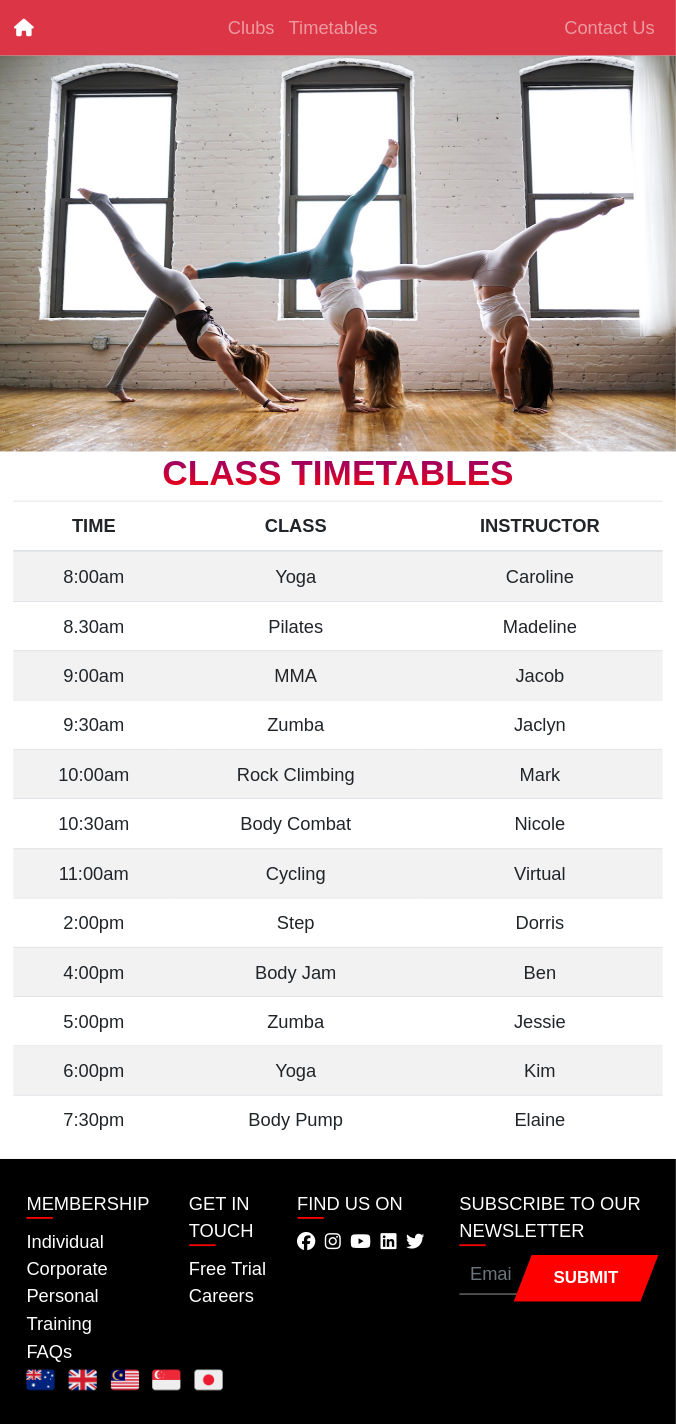
Repository: KJY93/User_Centric_Frontend_Development_Project
Page: timetables.html
The author's editor kept a record of every edit. The page is drawn from the files as they stood at one moment, then again after the next edit.
The browser window is 768 px wide. The pictures show the whole page, at 88% of full size.
Some web fonts or font styles are not loaded; a fallback is used. Some web libraries are served in a nearby version.

Above is the page before.

### timetables.html
<!DOCTYPE html>
<html lang="en-US">
	<head>
	    <meta charset="UTF-8">
	    <meta name="viewport" content="width=device-width, initial-scale=1.0">
	    <meta http-equiv="X-UA-Compatible" content="ie=edge">
	    <title>Shape Shifters | Our Clubs</title>

		<!-- Google Fonts -->
	    <link href="https://fonts.googleapis.com/css?family=Cute+Font&display=swap" rel="stylesheet">

	    <!-- Logo -->
	    <link rel="icon" href="static/fitness-logo.ico">

	    <!-- Bootstrap CSS -->
	    <link rel="stylesheet" href="https://stackpath.bootstrapcdn.com/bootstrap/4.3.1/css/bootstrap.min.css" integrity="sha384-ggOyR0iXCbMQv3Xipma34MD+dH/1fQ784/j6cY/iJTQUOhcWr7x9JvoRxT2MZw1T" crossorigin="anonymous">

	    <!-- External CSS StyleSheet -->
		<link rel="stylesheet" type="text/css" href="static/styles.css">

		<!-- Bootstrap JS -->
	    <script src="https://code.jquery.com/jquery-3.3.1.slim.min.js" integrity="sha384-q8i/X+965DzO0rT7abK41JStQIAqVgRVzpbzo5smXKp4YfRvH+8abtTE1Pi6jizo" crossorigin="anonymous"></script>
	    <script src="https://cdnjs.cloudflare.com/ajax/libs/popper.js/1.14.7/umd/popper.min.js" integrity="sha384-UO2eT0CpHqdSJQ6hJty5KVphtPhzWj9WO1clHTMGa3JDZwrnQq4sF86dIHNDz0W1" crossorigin="anonymous"></script>
	    <script src="https://stackpath.bootstrapcdn.com/bootstrap/4.3.1/js/bootstrap.min.js" integrity="sha384-JjSmVgyd0p3pXB1rRibZUAYoIIy6OrQ6VrjIEaFf/nJGzIxFDsf4x0xIM+B07jRM" crossorigin="anonymous"></script>

	    <!-- Font Awesome -->
	    <script src="https://kit.fontawesome.com/3df94da5fe.js"></script>
	</head>

	<body>
	    <main>
	        <!-- Navbar -->
			<nav class="navbar navbar-expand-md navbar-dark bg-danger">
			  	<a class="navbar-brand" href="#"><i class="fas fa-home"></i></a>
			  	<button class="navbar-toggler" type="button" data-toggle="collapse" data-target="#navbarNav">
			    <span class="navbar-toggler-icon"></span>
			  	</button>
			  	<div class="collapse navbar-collapse" id="navbarNav">
			    	<ul class="navbar-nav ml-auto">
			      		<li class="nav-item">
			        		<a class="nav-link" href="#">Clubs</a>
			      		</li>
			      		<li class="nav-item">
			        		<a class="nav-link" href="#">Timetables</a>
			      		</li>
			    	</ul>

			    	<ul class="navbar-nav ml-auto">
			      		<li class="nav-item">
			        		<a class="nav-link" href="#">Contact Us</a>
			      		</li>
			    	</ul>
			  	</div>
			</nav>

			<!-- Timetables background -->
			<div id="timetables-header-background"></div>

			<!-- Class Timetables Header-->
			<div>
				<h1 class="club-header"><strong>CLASS TIMETABLES</strong></h1>
			</div>

			<!-- Timetables -->
			<div class="container-fluid">
                <table class="table table-striped">
                    <thead>
                        <tr>
                            <th scope="col">TIME</th>
                            <th scope="col">CLASS</th>
                            <th scope="col">INSTRUCTOR</th>
                        </tr>
                    </thead>
                    <tbody>
                        <tr>
                            <td>8:00am</td>
                            <td>Yoga</td>
                            <td>Caroline</td>
                        </tr>
                        <tr>
                            <td>8.30am</td>
                            <td>Pilates</td>
                            <td>Madeline</td>
                        </tr>
                        <tr>
                            <td>9:00am</td>
                            <td>MMA</td>
                            <td>Jacob</td>
                        </tr>
                        <tr>
                            <td>9:30am</td>
                            <td>Zumba</td>
                            <td>Jaclyn</td>
                        </tr>
                        <tr>
                            <td>10:00am</td>
                            <td>Rock Climbing</td>
                            <td>Mark</td>
                        </tr>
                        <tr>
                            <td>10:30am</td>
                            <td>Body Combat</td>
                            <td>Nicole</td>
                        </tr>
                        <tr>
                            <td>11:00am</td>
                            <td>Cycling</td>
                            <td>Virtual</td>
                        </tr>
                        <tr>
                            <td>2:00pm</td>
                            <td>Step</td>
                            <td>Dorris</td>
                        </tr>
                        <tr>
                            <td>4:00pm</td>
                            <td>Body Jam</td>
                            <td>Ben</td>
                        </tr>
                        <tr>
                            <td>5:00pm</td>
                            <td>Zumba</td>
                            <td>Jessie</td>
                        </tr>
                        <tr>
                            <td>6:00pm</td>
                            <td>Yoga</td>
                            <td>Kim</td>
                        </tr>
                        <tr>
                            <td>7:30pm</td>
                            <td>Body Pump</td>
                            <td>Elaine</td>
                        </tr>
                    </tbody>
                </table>
            </div>

			<!-- Footer -->
			<footer>
				<div class="container-fluid">
					<div class="row">
						<div class="col-sm-12 col-md-3">
							<div>MEMBERSHIP</div>
							<div class="separator"></div>
							<div>Individual</div>
							<div>Corporate</div>
							<div>Personal Training</div>
							<div>FAQs</div>
						</div>

						<div class="col-sm-12 col-md-2">
							<div>GET IN TOUCH</div>
							<div class="separator"></div>
							<div>Free Trial</div>
							<div>Careers</div>
						</div>

						<div class="col-sm-12 col-md-3">
							<div>FIND US ON</div>
							<div class="separator"></div>
							<div>
								<i class="fab fa-facebook social-media-logo"></i>
								<i class="fab fa-instagram social-media-logo"></i>
								<i class="fab fa-youtube social-media-logo"></i>
								<i class="fab fa-linkedin social-media-logo"></i>
								<i class="fab fa-twitter social-media-logo"></i>
							</div>
						</div>

						<div class="col-sm-12 col-md-4">
							<div>SUBSCRIBE TO OUR NEWSLETTER</div>

							<div class="separator"></div>

							<form method="post" action="">
								<div class="input-field-container">
									<div class="form-group">
										<input type="email" class="form-control" placeholder="Email" required>
									</div>

									<div class="each">
										<button type="button" class="submit-btn" value="submit"><span>SUBMIT</span></button>
									</div>
								</div>
							</form>
						</div>

						<div class="col-sm-12">
							<img class="flag-logo" src="static/australia-flag.png" alt="australia flag"/>
							<img class="flag-logo" src="static/uk-flag.png" alt="uk flag"/>
							<img class="flag-logo" src="static/mys-flag.png" alt="malaysia flag"/>
							<img class="flag-logo" src="static/sg-flag.png" alt="singapore flag"/>
							<img class="flag-logo" src="static/jpn-flag.png" alt="japan flag"/>
						</div>

					</div>
				</div>
			</footer>

	    </main>
	</body>
</html>

### static/styles.css
body, html {
	height: 100%;
}

body {
	font-family: 'Cute Font', cursive, sans-serif;
}

input[type="email"] {
  background: transparent;
  border: none;
  border-bottom: 1px solid #a9a9a9;
  box-shadow: none;
  border-radius: 0;
}

.iframe-video-size {
	width: 300px;
	height: 320px;
}

.social-media-logo {
	margin-right: 5px;
}

.separator {
	margin-bottom: 10px;
	height: 2px;
	width: 30px;
	background: rgb(255, 0, 0);
	z-index: 1;
}

.row {
	margin-left: 0;
	margin-right: 0;
}

#advert > h1 {
	color: #ffffff;
}

#signup-link {
	color: #ffffff;
}

input[type="email"] {
 	font-size: 1em;
}

.col-sm-12, .col-md-6, .nav-link, #signup-link {
	font-size: 1.3em;
}

.link-deco:link {
	text-decoration: none;
}

.link-deco:hover {
	font-size:120%;
}

.link-font-color, button > .link-deco:hover {
	color: #ffffff;
}

.box2, .box3 {
	background: rgba(255,117,117,0.1);
}

.button-container, p, .challenge-container, #signup-container, .box3, .box2 {
	text-align: center;
}

#divider {
	width: 100%;
	border: 1px solid black;
}

footer {
	padding-top: 35px;
	padding-bottom: 35px;
	background: rgba(0, 0, 0);
	color: #ffffff;
}

.box1 {
	background:url('../static/background-mobile.jpg');
	background-repeat: no-repeat;
	background-size: 100% 100%;
	height: 400px;
	display: flex;
	align-items: center;
	justify-content: center;
}

/*https://codepen.io/adamjohnson/pen/aokGt*/
/* Skew button design adapted from the above codepen project*/
.submit-btn {
	color: #fff;
	background: #ff0000;
	font-weight: 700;
	text-align: center;
	text-decoration: none;
	border: 0;
	outline: 0;
	font-size: 1.2rem;
	padding: 12px 35px;
	display: inline-block;
	transform: skew(-21deg);
	border-radius: 0;
}

.input-field-container {
	display: flex;
	flex-direction: row;
}

.submit-btn:hover {
	background: #0069a8;
}

span {
	display: inline-block; /* change to inline-block so that the text can be un-skewed*/
}

.submit-btn > span {
	-webkit-transform: skew(21deg);  /* Un-skew the text */
}

.btn-group {
	padding-left: 15px;
}

.flag-logo {
	padding-right: 10px;
}

#club-header-background {
	background:url('../static/bodycombat.jpg');
	background-repeat: no-repeat;
	background-size: 100% 100%;
	height: 200px;
}

.club-header {
	text-align: center;
	background: linear-gradient(to top, #ff0000 , #800080);
	-webkit-background-clip: text;
	-webkit-text-fill-color: transparent;
	font-size: 2.5em;
}

.location {
	display: flex;
	flex-direction: column;
	justify-content: center;
	align-items: center;
	color: #ffffff;
	margin-bottom: 20px;
}

.location:link {
	text-decoration: none;
}

.location:hover {
	opacity: 0.8;
}

.location:hover .location-name, .location:hover .club-info {
	background: linear-gradient(to top, #ff0000 , #ff9800);
	-webkit-background-clip: text;
	-webkit-text-fill-color: transparent;
}

.location-name {
	font-size: 2.3em;
}

.club-info {
	font-size: 1.2em;
	border: 1px solid #ffffff;
	padding-left: 20px;
	padding-right: 20px;
	border-radius: 20px;
}

#location-image-1 {
	background:url('../static/paragon.jpg');
    background-size: 100% 100%;
    background-repeat: no-repeat;
    background-position: center;
	border-radius: 10px;
	height: 250px;
}

#location-image-2 {
	background:url('../static/clarke-quay.jpg');
    background-size: 100% 100%;
    background-repeat: no-repeat;
    background-position: center;
	border-radius: 10px;
	height: 250px;
}

#location-image-3 {
	background:url('../static/tanjongpagar.jpg');
    background-size: 100% 100%;
    background-repeat: no-repeat;
    background-position: center;
	border-radius: 10px;
	height: 250px;
}

#location-image-4 {
	background:url('../static/vivocity.jpg');
    background-size: 100% 100%;
    background-repeat: no-repeat;
    background-position: center;
	border-radius: 10px;
	height: 250px;
}

#location-image-5 {
	background:url('../static/rafflesplace.jpg');
    background-size: 100% 100%;
    background-repeat: no-repeat;
    background-position: center;
	border-radius: 10px;
	height: 250px;
}

#location-image-6 {
	background:url('../static/rafflesmall.jpg');
    background-size: 100% 100%;
    background-repeat: no-repeat;
    background-position: center;
	border-radius: 10px;
	height: 250px;
}

#timetables-header-background {
	background:url('../static/groupyoga.jpg');
	background-repeat: no-repeat;
	background-size: 100% 100%;
	height: 250px;
}

.table {
	text-align: center;
	font-size: 1.3rem;
}

/* for extra small device */
@media (max-width: 400px) {
	.iframe-video-size {
	width: 260px;
	height: 320px;
	}

	#club-header-background {
		height: 160px;
	}

	.club-header {
		font-size: 2.0em;
	}

	.location-name {
		font-size: 2.0em;
	}

	.club-info {
		font-size: 1.0em;
	}
}

/* for medium screen device */
@media (min-width: 768px) and (max-width: 991.98px) {
	.box1 {
		background:url('../static/background.jpg');
		background-repeat: no-repeat;
		height: 550px;
		background-size: 100% 100%;
	}

	.box2 {
		text-align: center;
	}

	.btn-group {
		padding-left: 0;
	}

	.iframe-video-size {
		width: 340px;
		height: 320px;
	}

	#timetables-header-background {
		height: 450px;
	}

	.table {
		text-align: center;
		font-size: 1.3rem;
	}
}

/* for large screen device */
@media (min-width: 992px) {
	.box1 {
		height: 600px;
	}

	.btn-group {
		padding-left: 0;
	}

	.submit-btn {
		padding: 3px 35px;
	}

	.iframe-video-size {
		width: 470px;
		height: 320px;
	}

	#club-header-background {
		height: 376px;
	}

}

After the next edit:
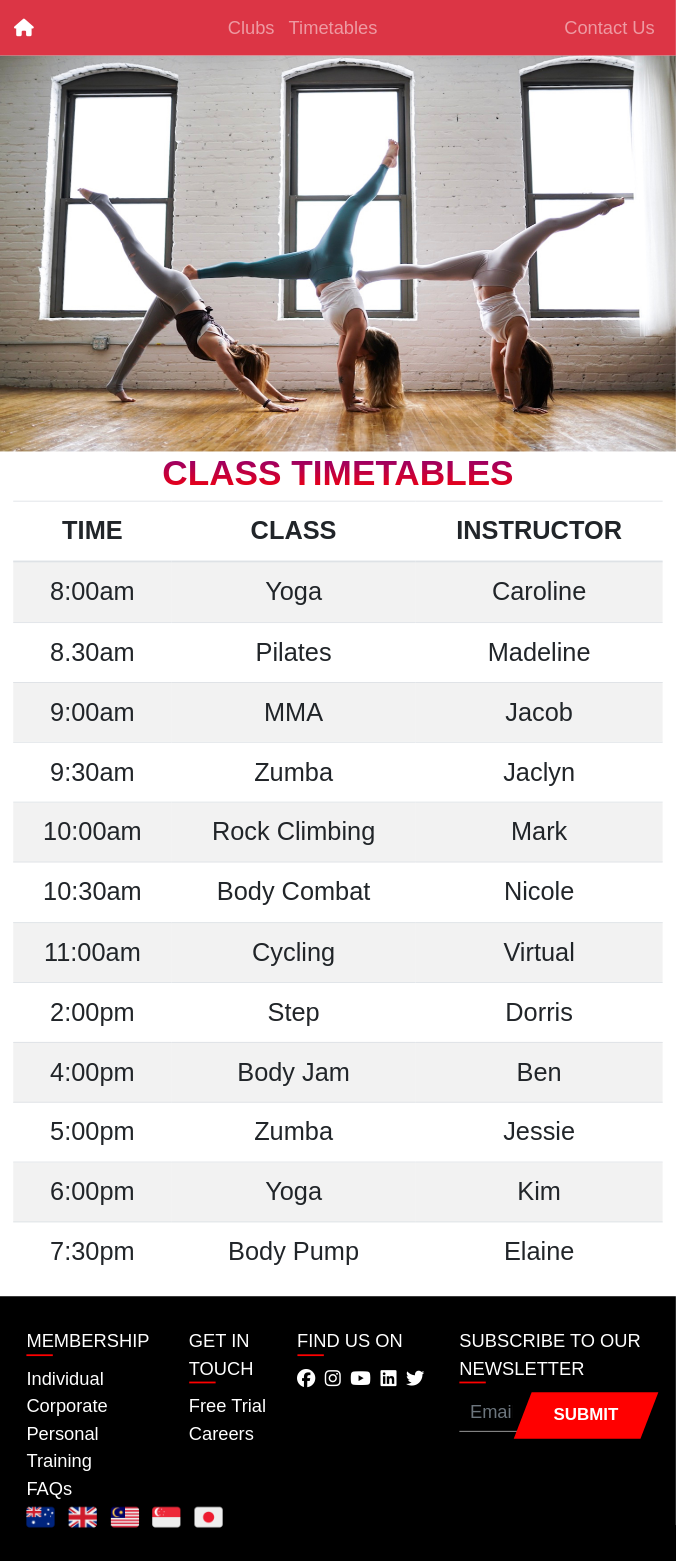
The edit:
--- a/static/styles.css
+++ b/static/styles.css
@@ -303,8 +303,7 @@
 	}
 
 	.table {
-		text-align: center;
-		font-size: 1.3rem;
+		font-size: 1.8rem;
 	}
 }
 
